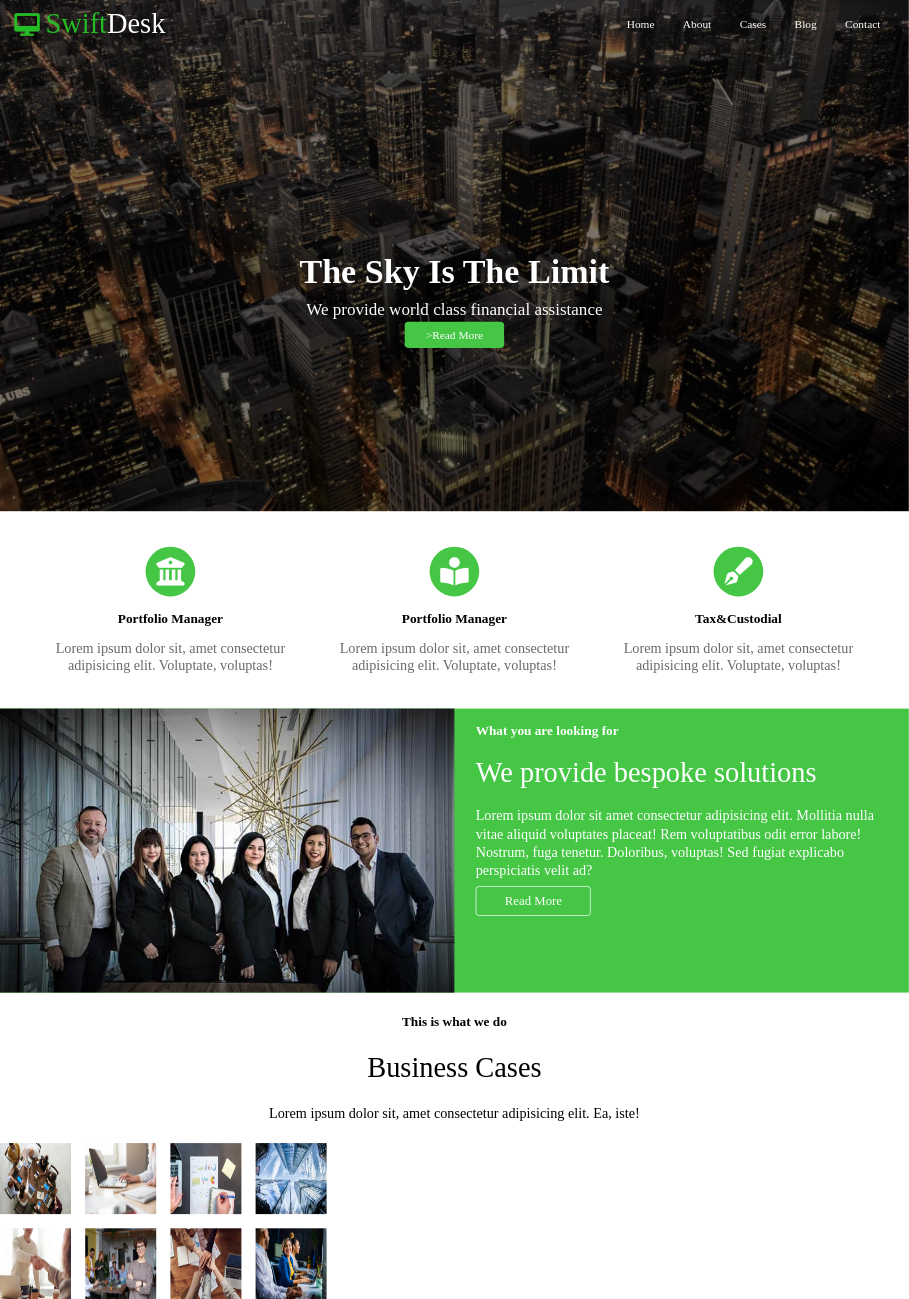
Repository: reemoon-ctrl/swiftdisk-Website-Flexbox
Page: index.html
The author's editor kept a copy of each file at every save. The page is drawn from the files as they stood at one save, then again after a run of saves.
The browser window is 1280 px wide. The pictures show the whole page, at 71% of full size.

Above is the page before, as saved 2024-07-27 09:34:20.

### index.html
<!DOCTYPE html>
<html lang="en">
<head>
    <meta charset="UTF-8">
    <meta name="viewport" content="width=device-width, initial-scale=1.0">
    <title>
        Swift Desk
    </title>
    <link rel="stylesheet" href="https://cdnjs.cloudflare.com/ajax/libs/font-awesome/6.0.0-beta3/css/all.min.css">

    <link rel="stylesheet" href="index.css">
</head>
<body>
    <div class="show-case">
        <header>
            <div class="nav-bar">
                <div class="title-bar">
                    <i class="fas fa-desktop fa-2x" style="color: rgb(37, 187, 37)"></i>
                    <h1 class="title"><span class="fword"> Swift</span>Desk</h1>
                </div>
                <div class="link-bar">
                    <a href="">Home</a>
                    <a href="#about">About</a>
                    <a href="">Cases</a>
                    <a href="">Blog</a>
                    <a href="">Contact</a>
                </div>
            </div>
        </header>
        <header class="hd-content">
            <h1>The Sky Is The Limit</h1>
            <p>We provide world class financial assistance
            </p>
            <a href="">>Read More</a>

        </header>

    </div>
    <main>
        <div class="about-section">
            <ul id="about"class="about-srvice" >
                <li><i class="fas fa-university " ></i>
                    <h3>Portfolio Manager</h3>
                    <p>Lorem ipsum dolor sit, amet consectetur adipisicing elit. Voluptate, voluptas!</p>
                </li>
                <li><i class="fas fa-book-open-reader " ></i>
                    <h3>Portfolio Manager</h3>
                    <p>Lorem ipsum dolor sit, amet consectetur adipisicing elit. Voluptate, voluptas!</p></li>
                <li><i class="fas fa-pen-fancy " ></i>
                    <h3>Tax&Custodial</h3>
                    <p>Lorem ipsum dolor sit, amet consectetur adipisicing elit. Voluptate, voluptas!</p></li>
            </ul>
        </div>
        <div>
            <div class="solutions">
                <div class="img"></div>
                <div class="solution-content">
                    <h3>What you are looking for</h3>
                    <h2>We provide bespoke solutions</h2>
                    <p>Lorem ipsum dolor sit amet consectetur
                        adipisicing elit. Mollitia nulla vitae aliquid voluptates placeat! Rem voluptatibus odit error labore! Nostrum, fuga tenetur. Doloribus, voluptas! Sed
                        fugiat explicabo perspiciatis velit ad?</p>
                    <a href="index.html">Read More</a>
                 </div>
            </div>
        </div>
        <div class="Business-case">
            <div class="Business-case-content">
                <h3>This is what we do</h3>
                <h2>Business Cases</h2>
                <p>Lorem ipsum dolor sit, amet consectetur
                     adipisicing elit. Ea, iste!</p>
            </div>
            <div class="BC-image">
                <img class="BCimg BCimg1" src="/img/cases/cases1.jpg" alt="">
                <img  class="BCimg BCimg2" src="/img/cases/cases2.jpg" alt="">
                <img class="BCimg BCimg3" src="/img/cases/cases3.jpg" alt="">
                <img class="BCimg BCimg4" src="/img/cases/cases4.jpg" alt="">
                <img class="BCimg BCimg5" src="/img/cases/cases5.jpg" alt="">
                <img class="BCimg BCimg6" src="/img/cases/cases6.jpg" alt="">
                <img class="BCimg BCimg7" src="/img/cases/cases7.jpg" alt="">
                <img class="BCimg BCimg8" src="/img/cases/cases8.jpg" alt="">
            </div>
        </div>

    </main>


</body>
</html>

### index.css
*{
    box-sizing: border-box;
    margin: 0;
    padding: 0;
}
body{

}
.nav-bar{
    display: flex;
    justify-content:space-between ;
    padding: 10px 20px;
    color:#fff;




}
.title-bar{
    align-items: center;
    flex-grow: 1;
    display: flex;
    gap:.5rem;


}
.title-bar h1{
    display:inline-block;
    font-size:2.5rem;
    font-weight: 400;
}

.link-bar{

    /* flex-grow:1 ; */
    align-self: center;
    display: flex;
}
.link-bar a{
    padding: 10px 20px;
    color:#fff;
    text-decoration: none;


}
.link-bar a:hover{
    border-bottom: 1px #25bb25 solid;
}
.fword{
    color:#25bb25;
}
.show-case{
   height:100vh;
   text-align: center;
   color:#fff;

   background:  url('img/home/showcase.jpg') no-repeat center center/cover ;
}
.hd-content{
    padding-top: 18rem;
}
.hd-content h1{
    font-size: 3rem;
}
.hd-content p{
    font-size: 1.5rem;
    padding-top: .8rem;
    padding-bottom: .8rem;
}
.hd-content a{
    color: #fff;
    background:#45c745 ;
    padding: 10px 30px;
    border-radius: 5px;
    text-decoration: none;
    text-align: center;
}
.about-section ul{
    display: flex;
    list-style: none;
    gap: 20px;

}
.about-srvice{
    padding: 50px ;
}
.about-srvice li{
    text-align: center;
}
.about-srvice li i{
    background-color: rgb(69, 199, 69);
    color:#fff;
    width:70px;
    height: 70px;
    border-radius: 70px;
    font-size: 40px;
    padding-top:15px ;


}
.about-srvice li h3{
    padding-top: 20px;
}
.about-srvice li p{
    padding-top: 20px;
    font-size: 20px;
    color: dimgrey;
}

.solutions{
    display:flex;
    background: #45c745;
    padding: ;
}
.img{
    width:50%;
    background: url('/img/home/people.jpg') center center/cover no-repeat;

}
.solution-content{
    color:#fff;
    padding:20px 30px;
}
.solution-content{
    height:25rem;
    width: 50%;
}
.solution-content h2{
    font-size: 40px;
    font-weight: 500;
    padding: 1.5rem 0px;
}
.solution-content p{
    font-size: 20px;
    line-height: 1.3;
    margin-bottom: 20px;
}
.solution-content a{
    padding: 10px 40px;
    border: 1px solid;
    color:#fff;
    text-decoration: none;
    border-radius: 5px;
    font-size: 18px;

}
.Business-case{
    width: 100vw;
}
.Business-case-content{
    text-align: center;
}
.Business-case-content h3{
    padding: 30px 0px;
}
.Business-case-content h2{
   padding-bottom: 30px;
    font-size: 40px;
    font-weight: 500;
}
.Business-case-content p{
    padding-bottom: 30px;
    font-size: 20px;
}
.BC-image{
    display: grid;
    grid-template-columns:100px 100px 100px 100px ;
   gap: 20px;
}
.BCimg{
    width: 100px;
    height:100px;

}

After the next 5 saves:
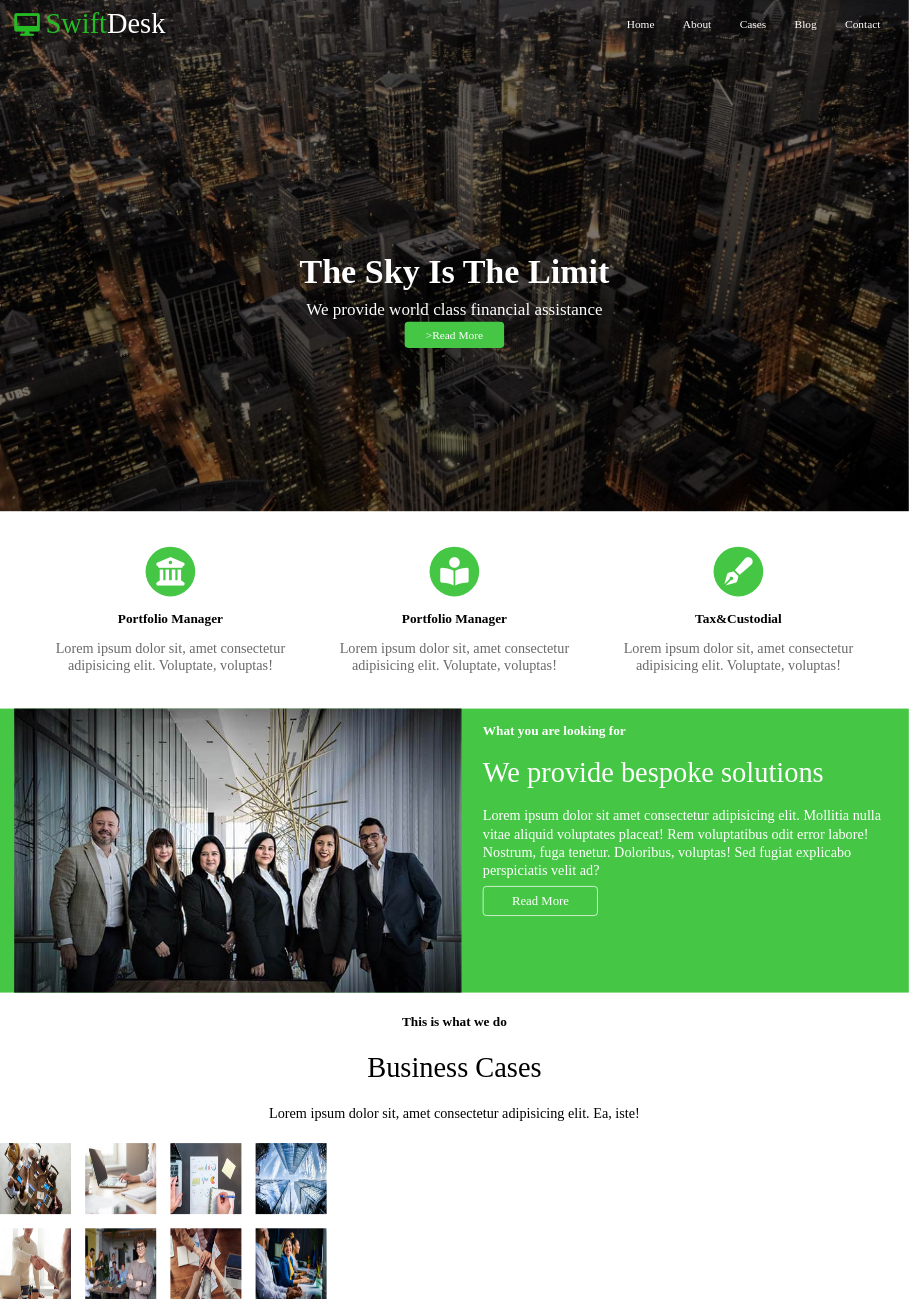
The 5 saves are shown as one change because they came seconds apart.
The last was saved 15 s later.
--- a/index.css
+++ b/index.css
@@ -110,7 +110,7 @@ body{
 .solutions{
     display:flex;
     background: #45c745;
-    padding: ;
+    padding-left: 20px;
 }
 .img{
     width:50%;
